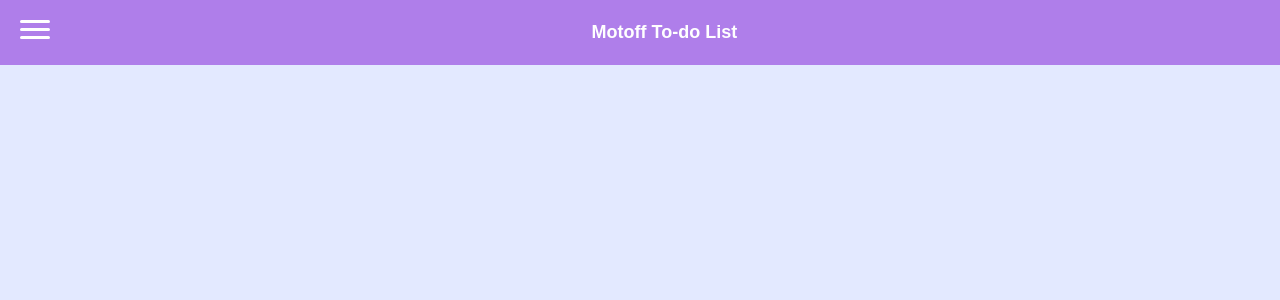
Repository: Amad-Mlinka/Todo-List-Vanilla-JS
Page: index.html
These files come from the project's save history. The page is drawn as it stood at one moment and after the next save; the edit follows.
The browser window is 1280 px wide. The pictures show the whole page.

Above is the page before, as saved 2021-09-15 00:11:10.

After the next save:
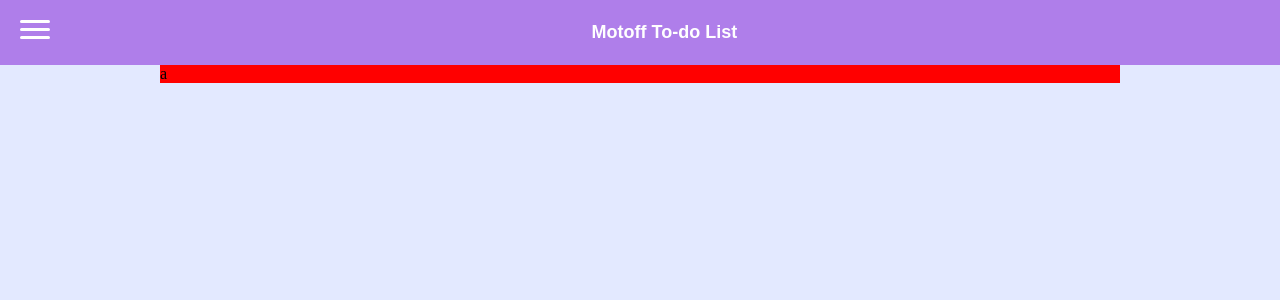
Saved 12 s later.
--- a/index.html
+++ b/index.html
@@ -26,6 +26,7 @@
       <div class="sidebar"></div>
     </div>
     <div class="container">
+        a
       <div class="listContainer">
         <div class="list">
 

After the 2 saves that followed:
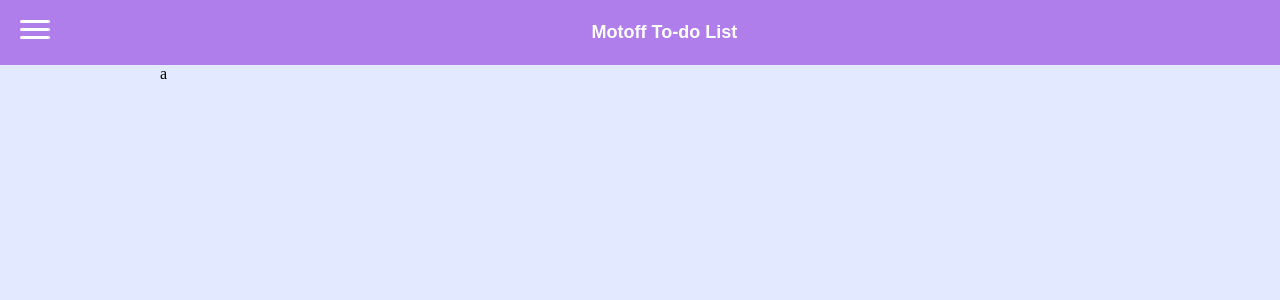
The 2 saves are shown as one change because 1 left the picture as it was.
The last was saved 38 s later.
--- a/styles/style.css
+++ b/styles/style.css
@@ -9,6 +9,5 @@ body{
 .container{
   width: 75%;
   margin: auto;
-  background-color:red;
   height: 100%;
 }
--- a/styles/header.css
+++ b/styles/header.css
@@ -14,5 +14,5 @@
     margin: auto;
     font-family: sans-serif;
     font-size:18px;
-    font-weight: bolder;;
+    font-weight: bolder;
 }
